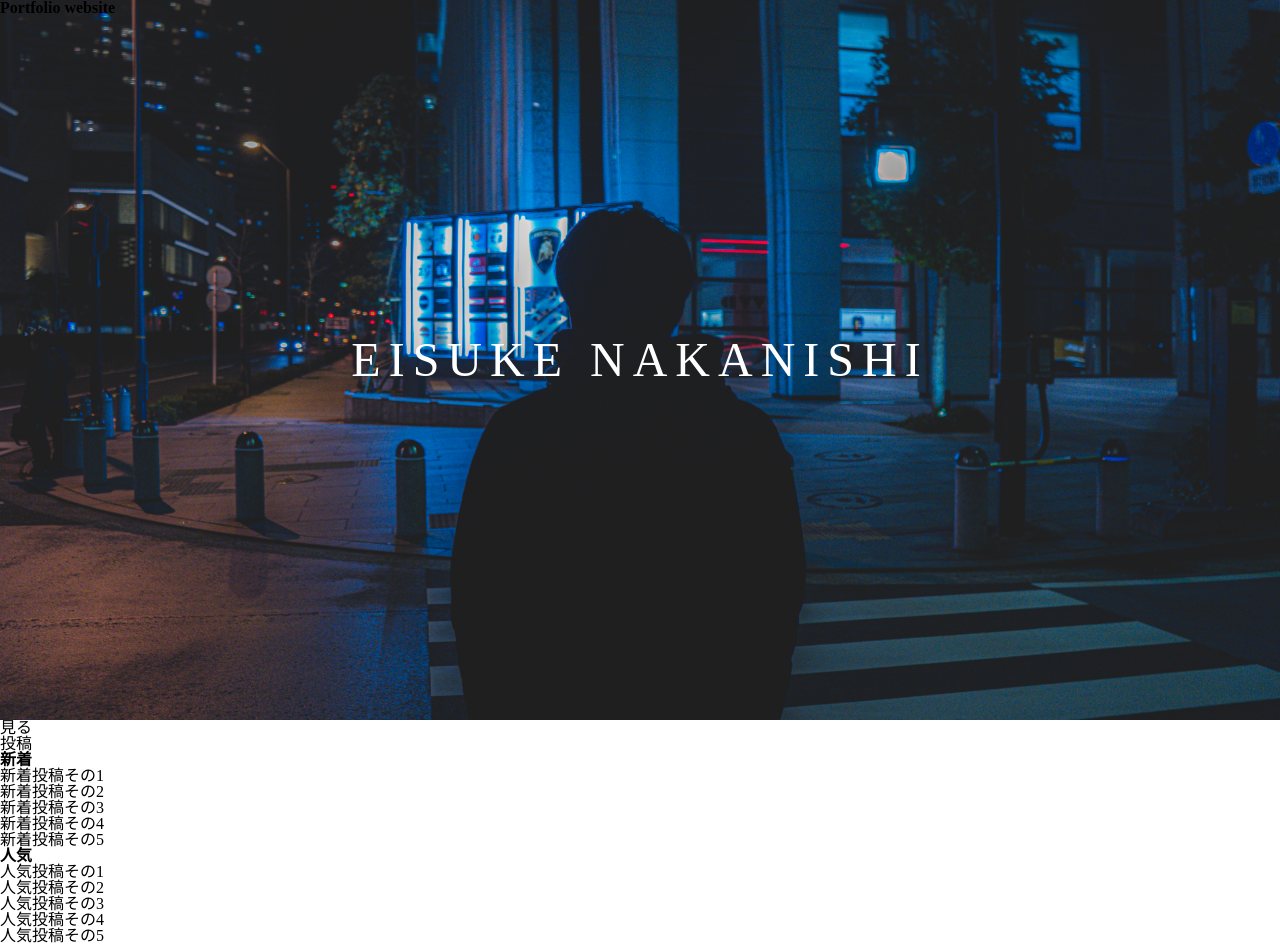
Repository: KustomApe/LandorusInc
Page: index.html
The author's editor kept a copy of each file at every save. The page is drawn from the files as they stood at one save, then again after the next save.
The browser window is 1280 px wide. The pictures show the whole page.

Above is the page before, as saved 2021-07-24 13:01:17.

After the next save:
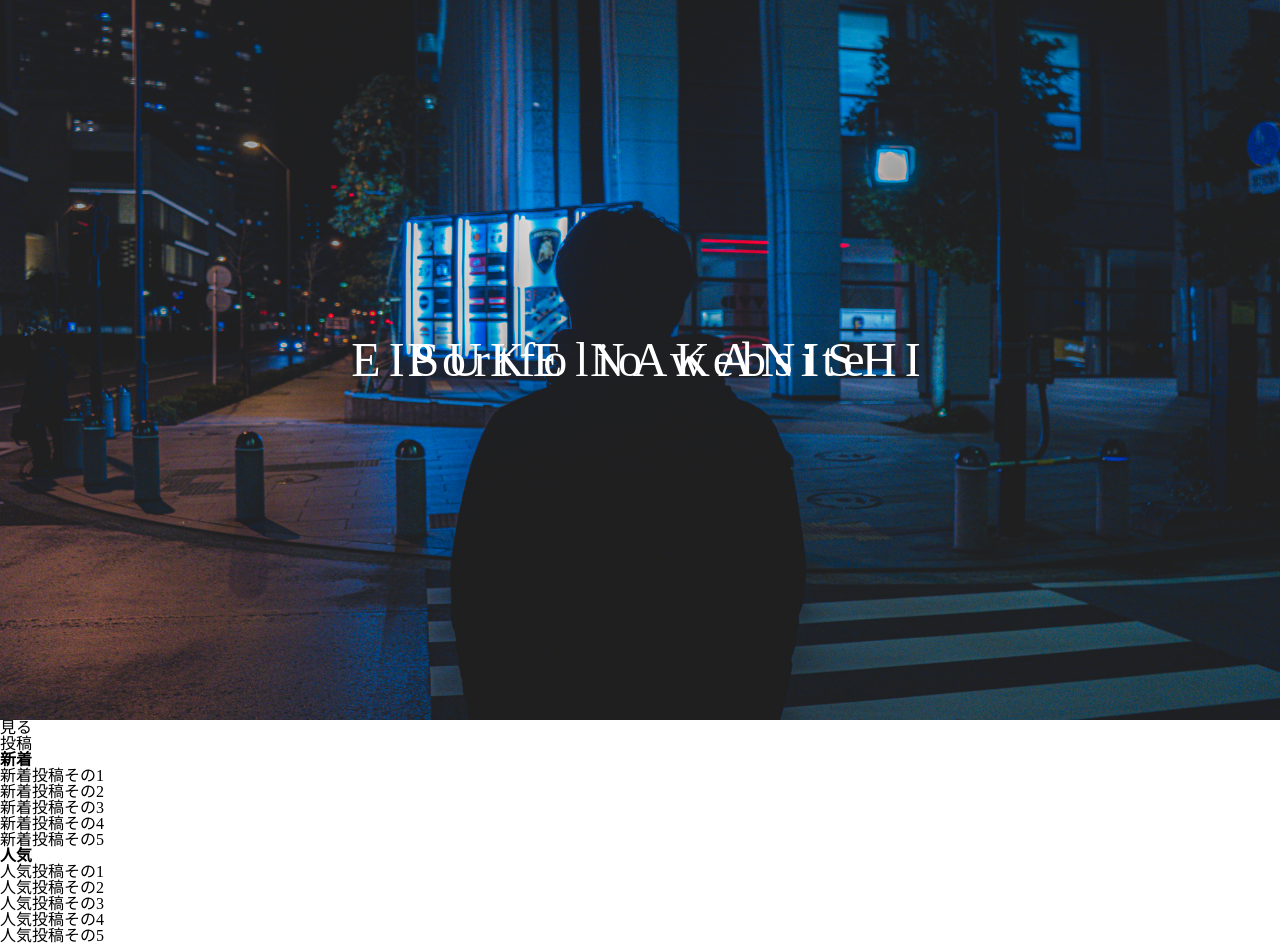
Saved 12 s later.
--- a/assets/css/style.css
+++ b/assets/css/style.css
@@ -26,3 +26,16 @@ div#main_img h1 {
     font-weight: lighter;
     letter-spacing: 0.5rem;
 }
+
+div#main_img h2 {
+    position: absolute;
+    top: 50%;
+    left: 50%;
+    transform: translate(-50%, -50%);
+    -webkit-transform: translate(-50%, -50%);
+    -ms-transform: translate(-50%, -50%);
+    color: #fff;
+    font-size: 3rem;
+    font-weight: lighter;
+    letter-spacing: 0.5rem;
+}
